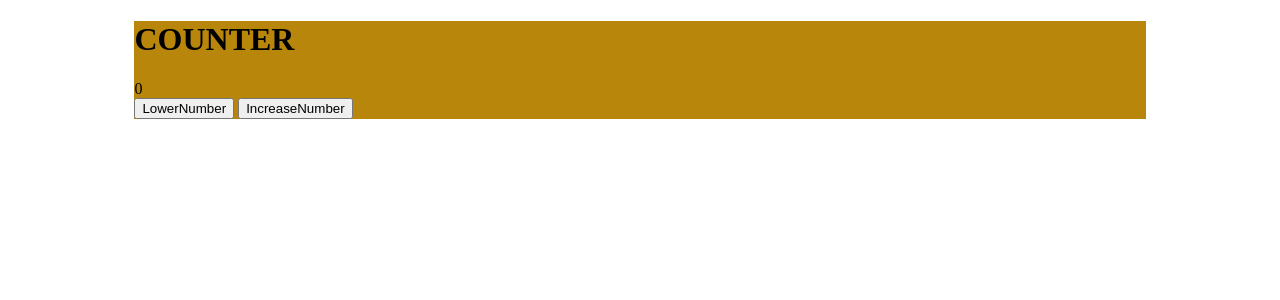
Repository: Sgalstyan06/counterNum
Page: index.html
An editor plug-in stored every save of this project. The page is shown before and after the next save, followed by the edit.
The browser window is 1280 px wide. The pictures show the whole page.

Above is the page before, as saved 2022-02-14 16:37:30.

After the next save:
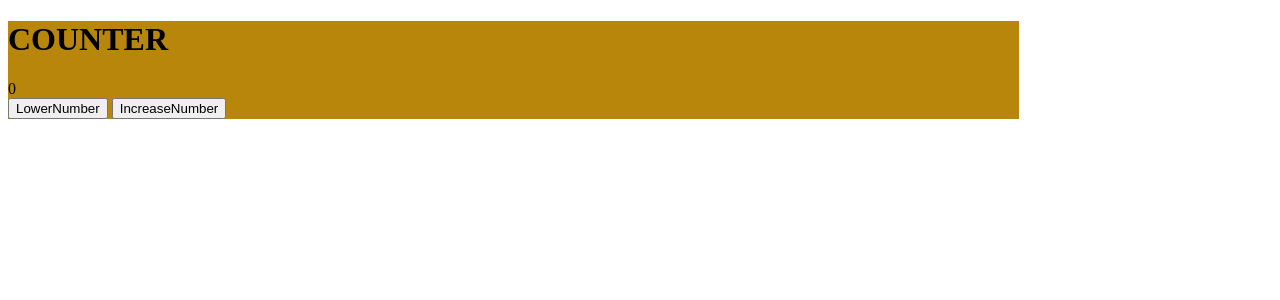
Saved 18 s later.
--- a/style.css
+++ b/style.css
@@ -1,6 +1,6 @@
 .main{
     width: 80%;
     /* height: 90%; */
-    margin: 0 auto;
+    /* margin: 0 auto; */
     background-color: darkgoldenrod;
 }

After the save that followed:
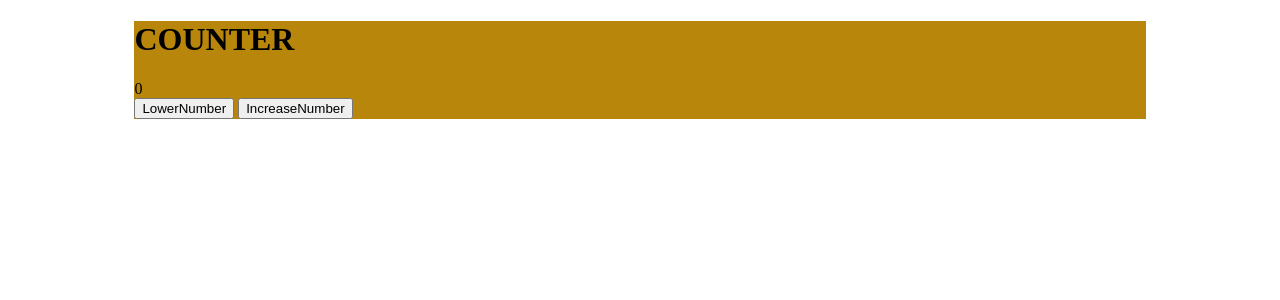
Saved 44 s later.
--- a/style.css
+++ b/style.css
@@ -1,6 +1,6 @@
 .main{
     width: 80%;
-    /* height: 90%; */
-    /* margin: 0 auto; */
+    height: 90%;
+    margin: 0 auto;
     background-color: darkgoldenrod;
 }
